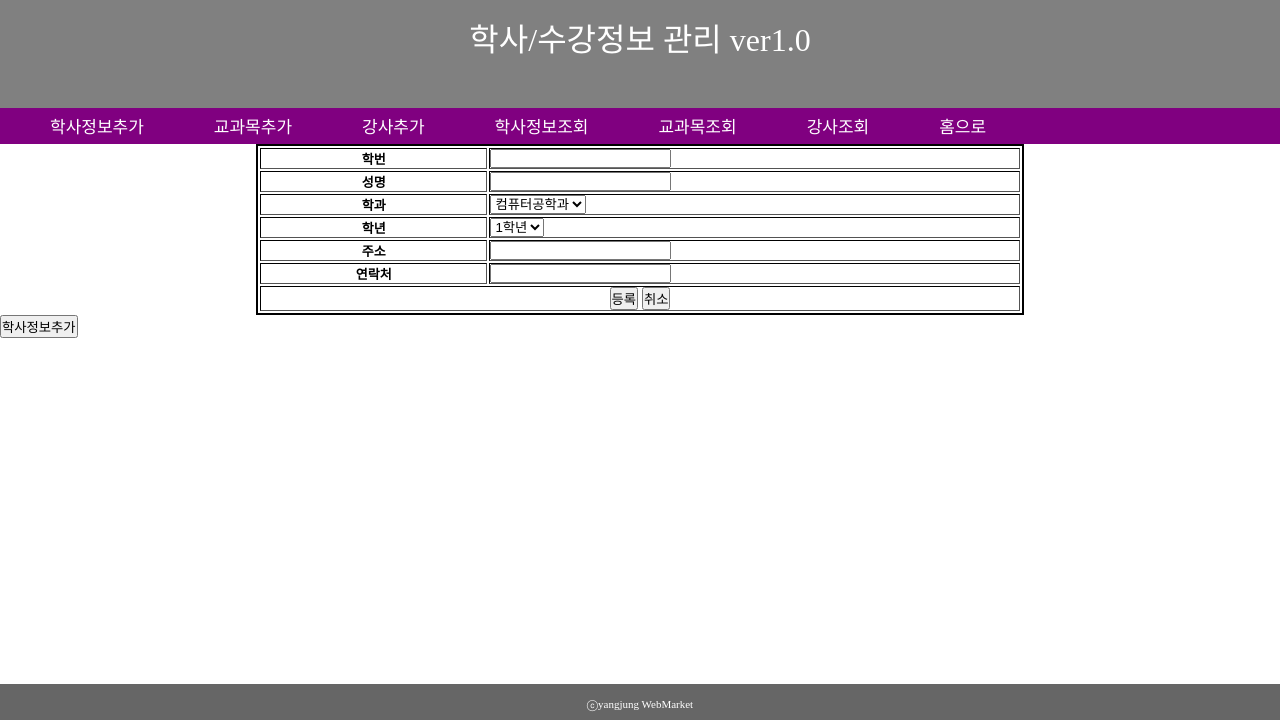
Repository: cccf777/-
Page: http://localhost/D0428/shop/hakInsert.jsp
The author's editor kept a copy of each file at every save. The page is drawn from the files as they stood at one save, then again after the next save.
The browser window is 1280 px wide. The pictures show the whole page.
The page is served by Tomcat 9.

Above is the page before, as saved 2021-04-28 01:28:36.

After the next save:
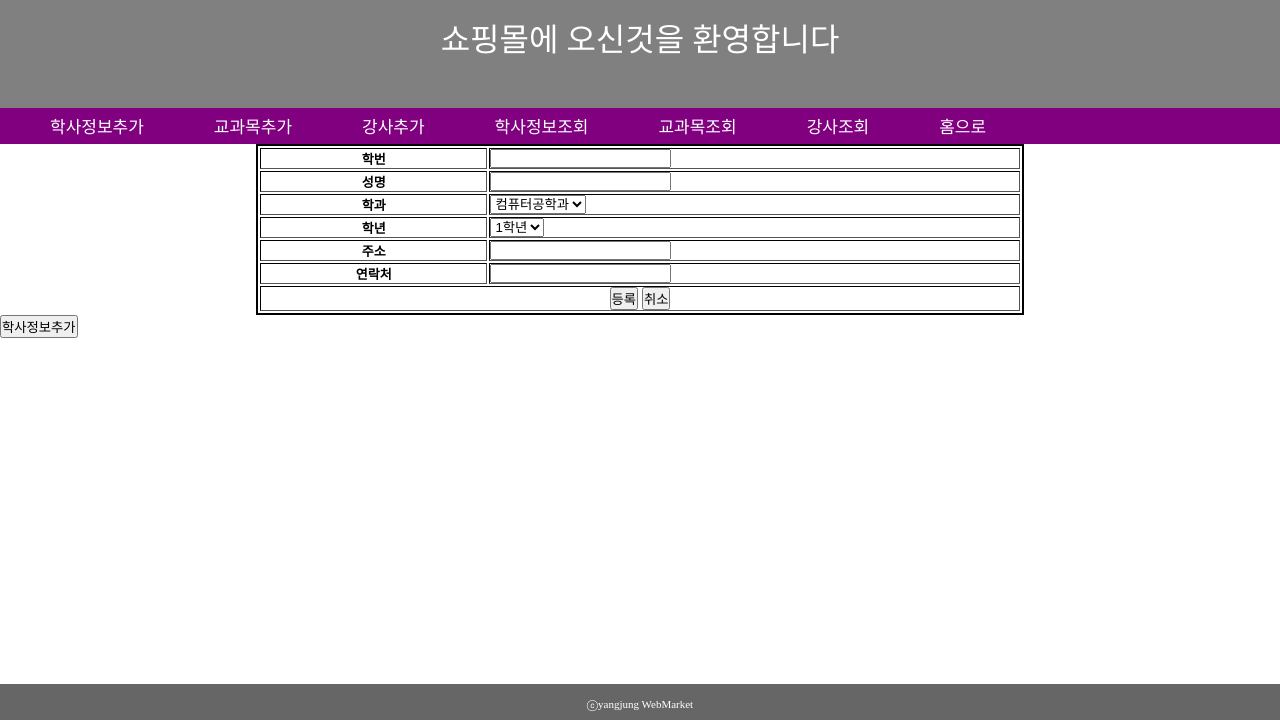
Saved 22 s later.
--- a/workspace/D0428/src/main/webapp/shop/header.jsp
+++ b/workspace/D0428/src/main/webapp/shop/header.jsp
@@ -8,7 +8,7 @@
 <link rel="stylesheet" href="common.css">
 </head>
 <body>
-<header>학사/수강정보 관리 ver1.0
+<header>쇼핑몰에 오신것을 환영합니다
 
 </header>
 </body>
